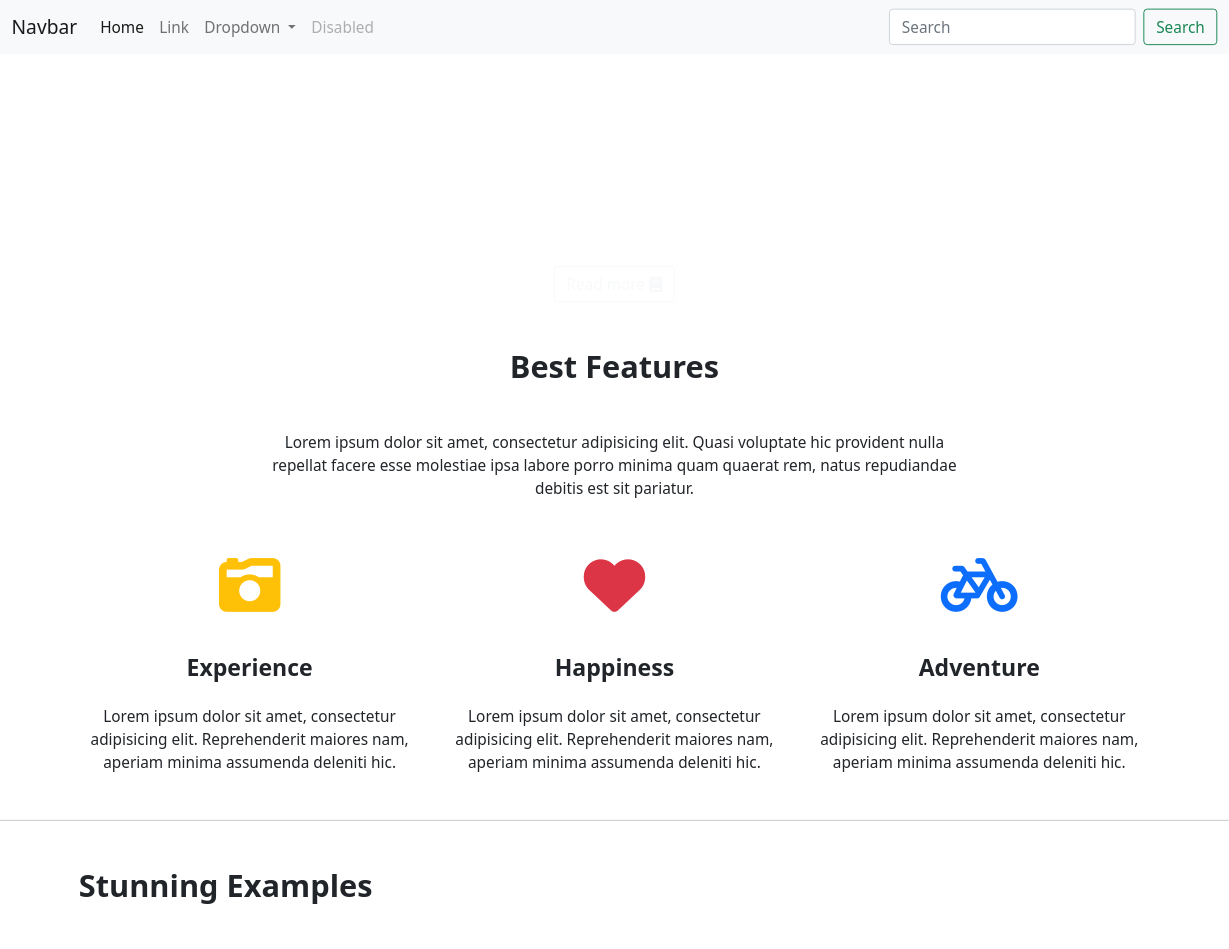
Repository: nptg3105/lab04-landing-page-boostrap5
Page: index.html
These files come from the project's save history. The page is drawn as it stood at one moment and after the next save; the edit follows.
The browser window is 1280 px wide. The pictures show the whole page, at 96% of full size.

Above is the page before, as saved 2021-12-19 10:34:13.

After the next save:
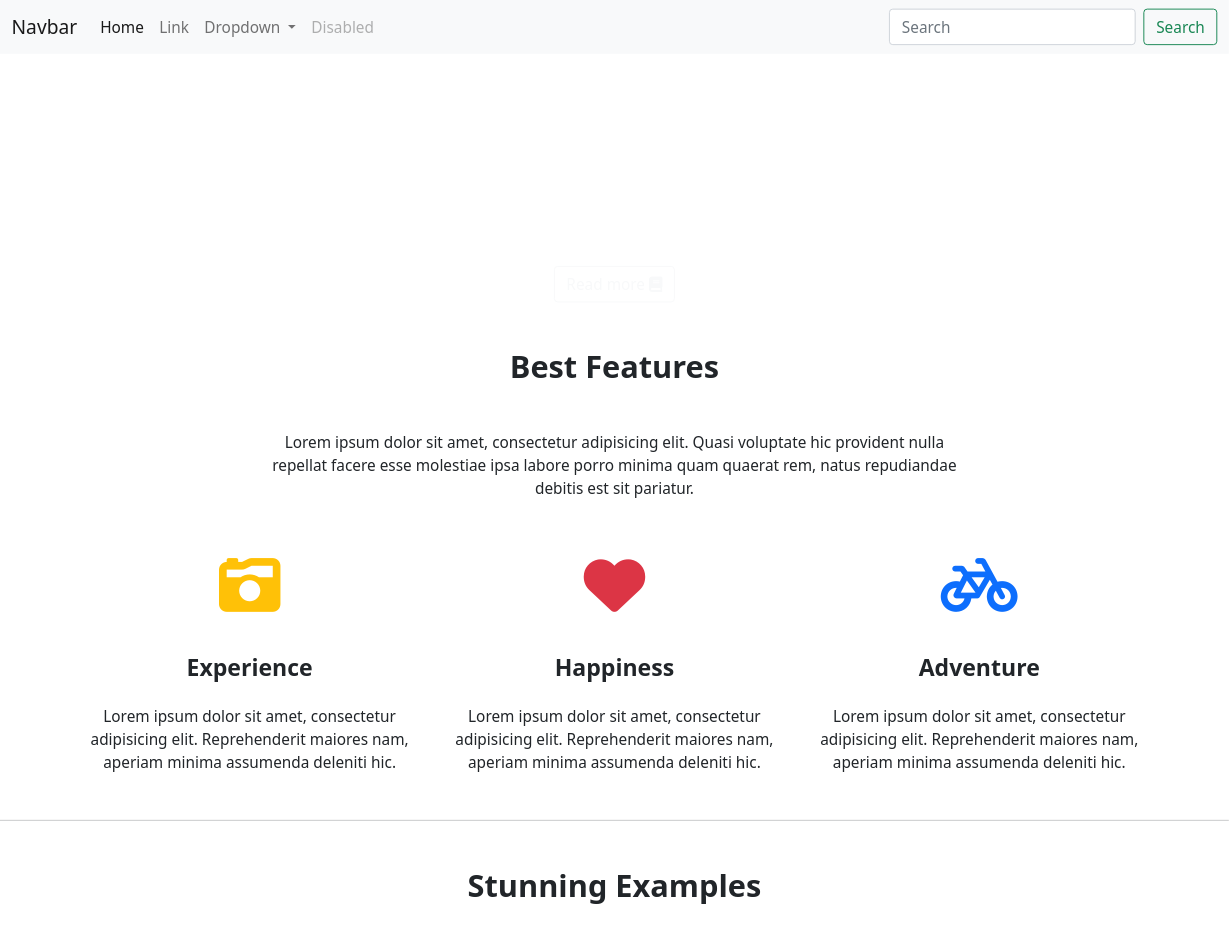
Saved 24 s later.
--- a/index.html
+++ b/index.html
@@ -116,7 +116,7 @@
 
       </div>
       <hr class="my-5">
-      <div class="stunning">
+      <div class="stunning text-center">
         <div class="container">
           <h2 class="stunning__heading fw-bold mb-5">Stunning Examples</h2>
 
